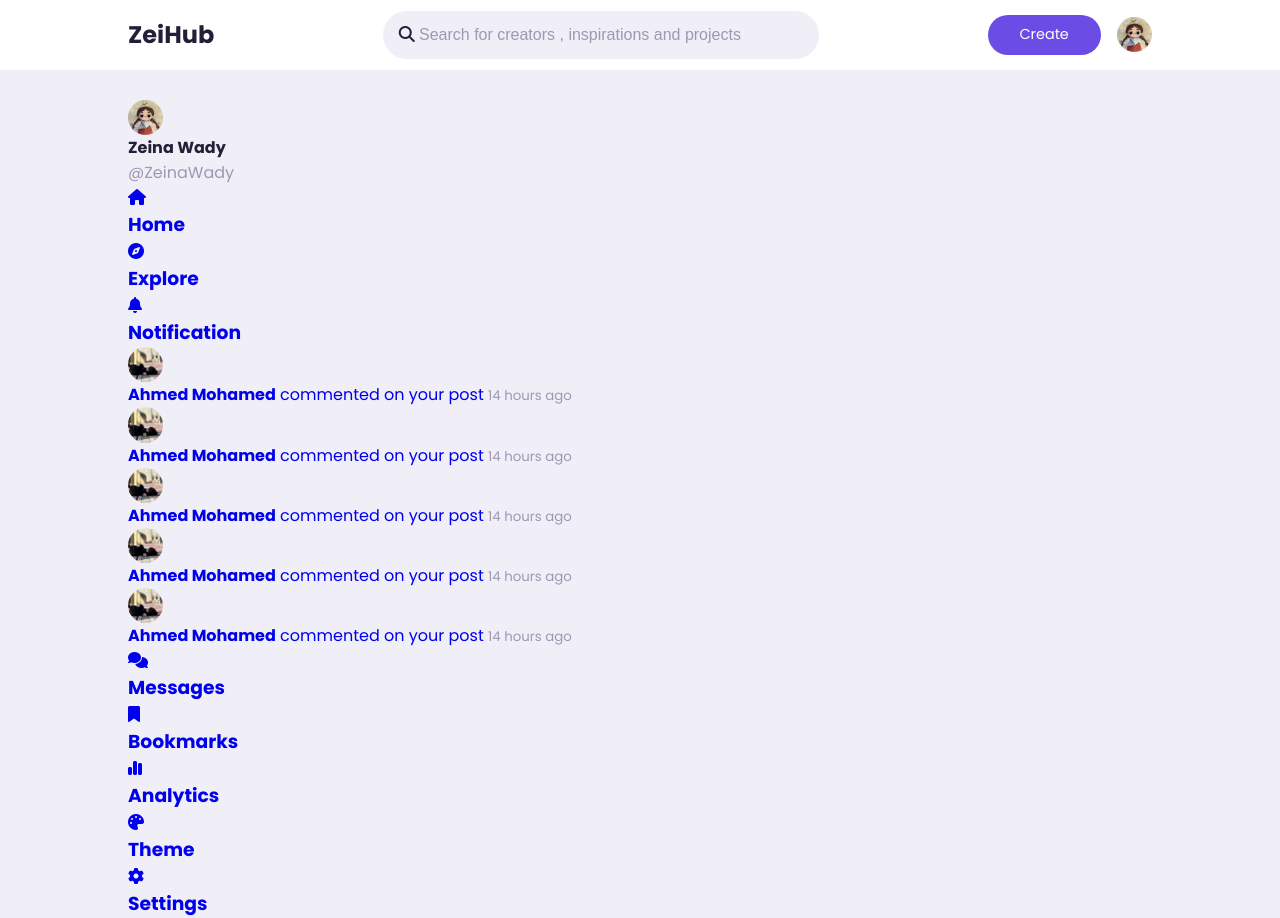
Repository: zeinawady/Social-Media-Template
Page: index.html
These files come from the project's save history. The page is drawn as it stood at one moment and after the next save; the edit follows.
The browser window is 1280 px wide. The pictures show the whole page.

Above is the page before, as saved 2025-02-15 02:07:25.

After the next save:
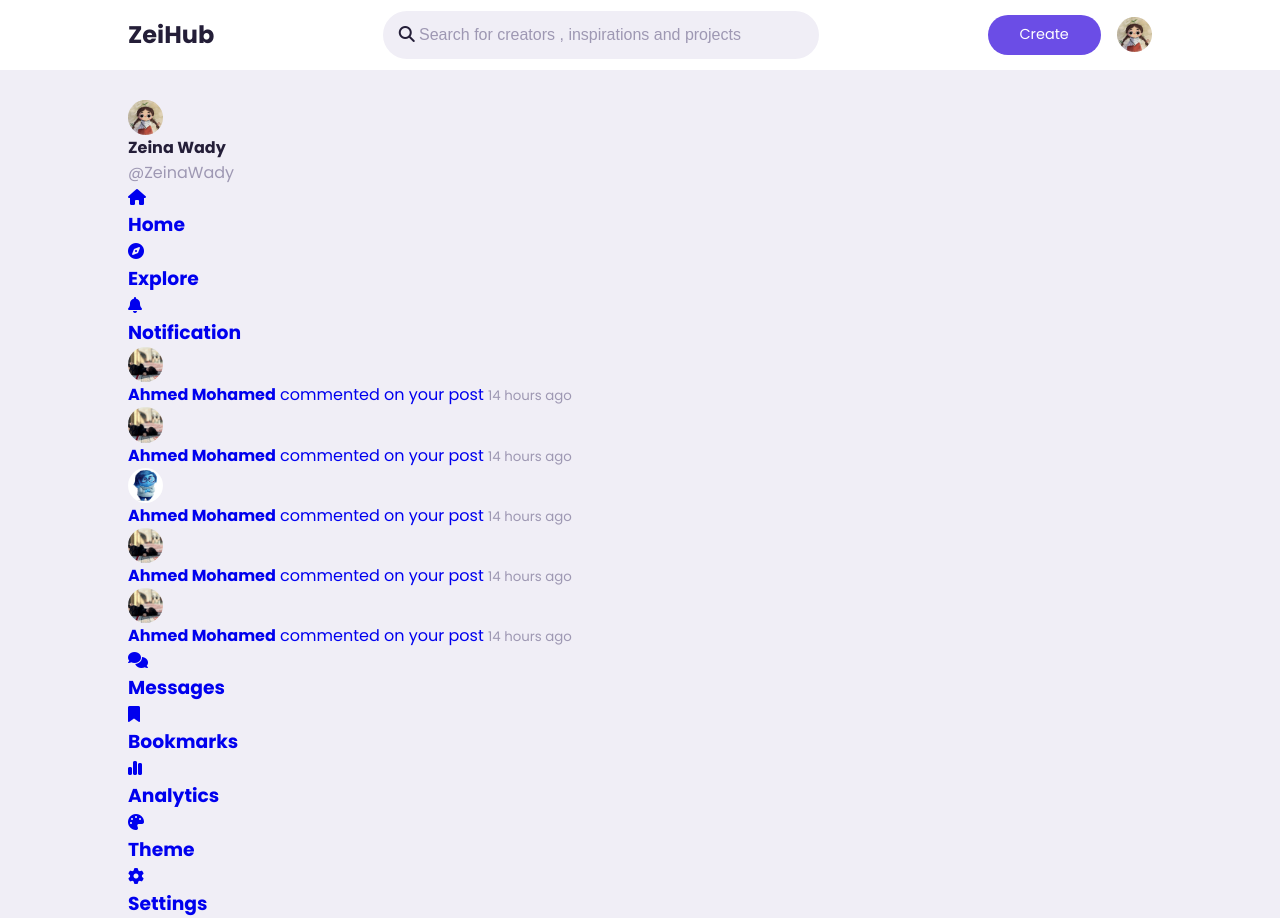
Saved 21 s later.
--- a/index.html
+++ b/index.html
@@ -81,7 +81,7 @@
                 </div>
                 <div>
                     <div class="profile-picture">
-                        <img src="images/child.jpg" alt="">
+                        <img src="images/insideOut.jpg" alt="">
                     </div>
                     <div class="notification-body">
                         <b>Ahmed Mohamed</b> commented on your post
